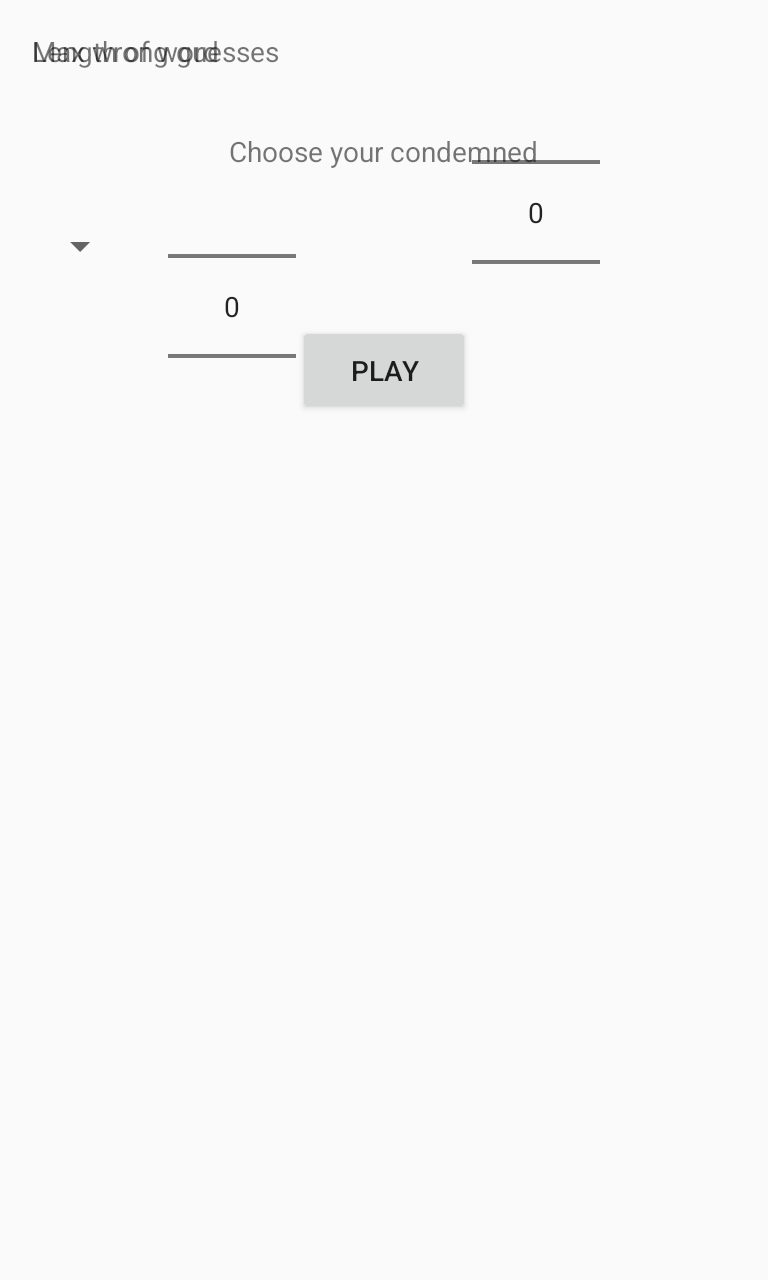
Repository: Sjaakja/hangman_app_studio
Layout: workspace/Hangman-TimeToSaveYourFriends/res/layout/activity_play_settings.xml
An editor plug-in stored every save of this project. The layout is shown before and after the next save, followed by the edit.
It is drawn on a 768 x 1280 px phone screen (xhdpi) without system bars, with theme AppTheme; the app's code is not run.

Above is the layout before, as saved 2014-06-12 13:22:41.

### workspace/Hangman-TimeToSaveYourFriends/res/layout/activity_play_settings.xml
<RelativeLayout xmlns:android="http://schemas.android.com/apk/res/android"
    xmlns:tools="http://schemas.android.com/tools"
    android:layout_width="match_parent"
    android:layout_height="match_parent"
    android:paddingBottom="@dimen/activity_vertical_margin"
    android:paddingLeft="@dimen/activity_horizontal_margin"
    android:paddingRight="@dimen/activity_horizontal_margin"
    android:paddingTop="@dimen/activity_vertical_margin"
    tools:context="com.example.hangman_timetosaveyourfriends.PlaySettings$PlaceholderFragment" >

    <TextView
        android:id="@+id/textView1"
        android:layout_width="wrap_content"
        android:layout_height="wrap_content"
        android:layout_alignParentLeft="true"
        android:layout_alignParentTop="true"
        android:text="@string/text_wrong_guesses" />

    <NumberPicker
        android:id="@+id/wrongGuess"
        android:layout_width="wrap_content"
        android:layout_height="wrap_content"
        android:layout_below="@+id/textView1"
        android:layout_marginTop="28dp"
        android:layout_toLeftOf="@+id/button1" />

    <NumberPicker
        android:id="@+id/lengthWord"
        android:layout_width="wrap_content"
        android:layout_height="wrap_content"
        android:layout_alignTop="@+id/numberPicker1"
        android:layout_toRightOf="@+id/button1" />

    <TextView
        android:id="@+id/textView2"
        android:layout_width="wrap_content"
        android:layout_height="wrap_content"
        android:layout_above="@+id/numberPicker1"
        android:layout_alignLeft="@+id/numberPicker2"
        android:text="@string/text_word_length" />

    <TextView
        android:id="@+id/textView3"
        android:layout_width="wrap_content"
        android:layout_height="wrap_content"
        android:layout_below="@+id/numberPicker1"
        android:layout_centerHorizontal="true"
        android:layout_marginTop="50dp"
        android:text="@string/text_choose_condemned" />

    <Spinner
        android:id="@+id/spinner1"
        android:layout_width="wrap_content"
        android:layout_height="wrap_content"
        android:layout_alignLeft="@+id/textView1"
        android:layout_below="@+id/textView3"
        android:layout_marginTop="26dp" />

    <Button
        android:id="@+id/button1"
        android:layout_width="wrap_content"
        android:layout_height="wrap_content"
        android:layout_below="@+id/spinner1"
        android:layout_centerHorizontal="true"
        android:layout_marginTop="26dp"
        android:text="@string/text_play" />

</RelativeLayout>

### workspace/Hangman-TimeToSaveYourFriends/res/values/strings.xml
<?xml version="1.0" encoding="utf-8"?>
<resources>

    <string name="app_name">Hangman - Time to save your friends</string>
    <string name="action_settings">Settings</string>
    <string name="test">Test</string>

    <string name="title_activity_play_settings">PlaySettings</string>
    	<string name="text_wrong_guesses">Max wrong guesses</string>
    	<string name="text_word_length">Length of word</string>
    	<string name="text_choose_condemned">Choose your condemned</string>
    	<string name="text_play">Play</string>

    <string name="title_activity_play">Play</string>
    	<string name="text_test">Hier komen de puntjes</string>

    <string name="title_activity_my_condemned">MyCondemned</string>
    	<string name="add_condemned">Add Condemned</string>

    <string name="title_activity_highscores">Highscores</string>

</resources>

Loaded but not shown: workspace/Hangman-TimeToSaveYourFriends/res/values/styles.xml (common file); workspace/Hangman-TimeToSaveYourFriends/res/values-v11/styles.xml (common file); workspace/Hangman-TimeToSaveYourFriends/res/values-v14/styles.xml (common file); workspace/Hangman-TimeToSaveYourFriends/res/values/dimens.xml (common file); workspace/Hangman-TimeToSaveYourFriends/res/values-w820dp/dimens.xml (common file)

After the next save:
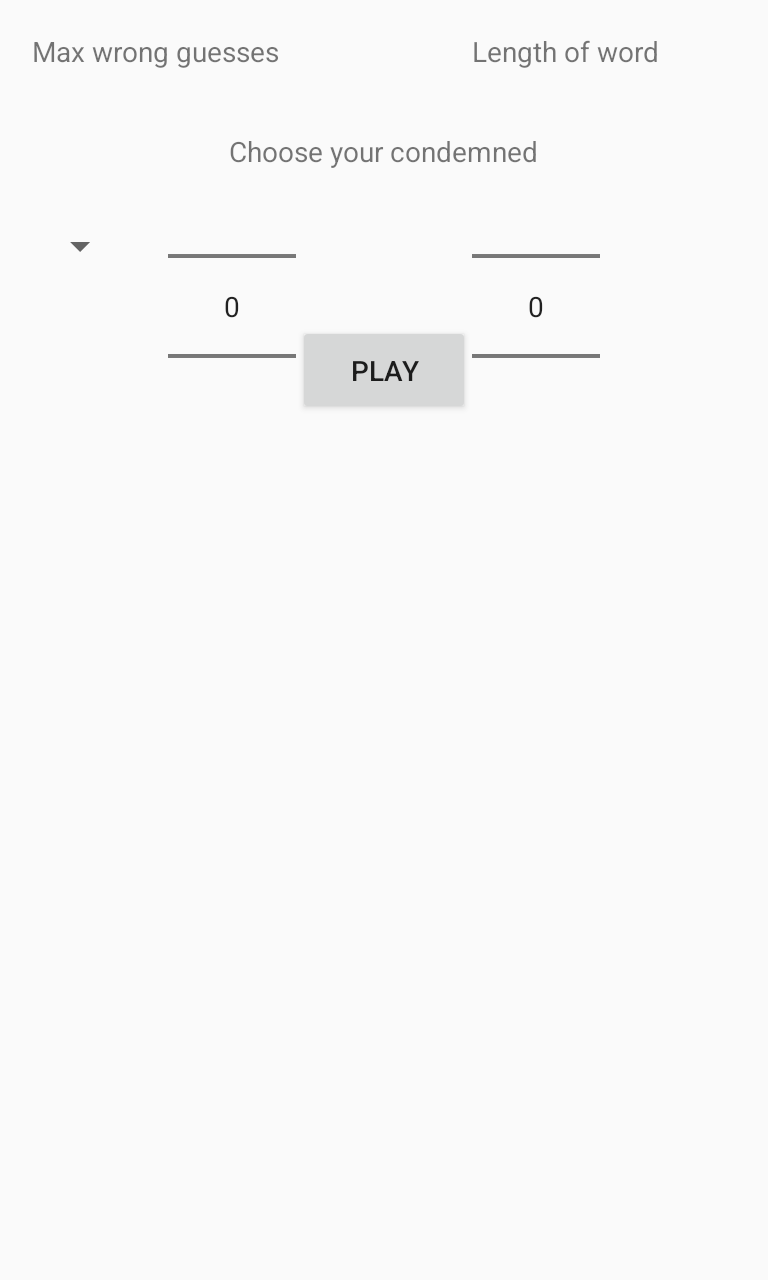
Saved 23 s later.
--- a/workspace/Hangman-TimeToSaveYourFriends/res/layout/activity_play_settings.xml
+++ b/workspace/Hangman-TimeToSaveYourFriends/res/layout/activity_play_settings.xml
@@ -28,15 +28,15 @@
         android:id="@+id/lengthWord"
         android:layout_width="wrap_content"
         android:layout_height="wrap_content"
-        android:layout_alignTop="@+id/numberPicker1"
+        android:layout_alignTop="@+id/wrongGuess"
         android:layout_toRightOf="@+id/button1" />
 
     <TextView
         android:id="@+id/textView2"
         android:layout_width="wrap_content"
         android:layout_height="wrap_content"
-        android:layout_above="@+id/numberPicker1"
-        android:layout_alignLeft="@+id/numberPicker2"
+        android:layout_above="@+id/wrongGuess"
+        android:layout_alignLeft="@+id/lengthWord"
         android:text="@string/text_word_length" />
 
     <TextView
